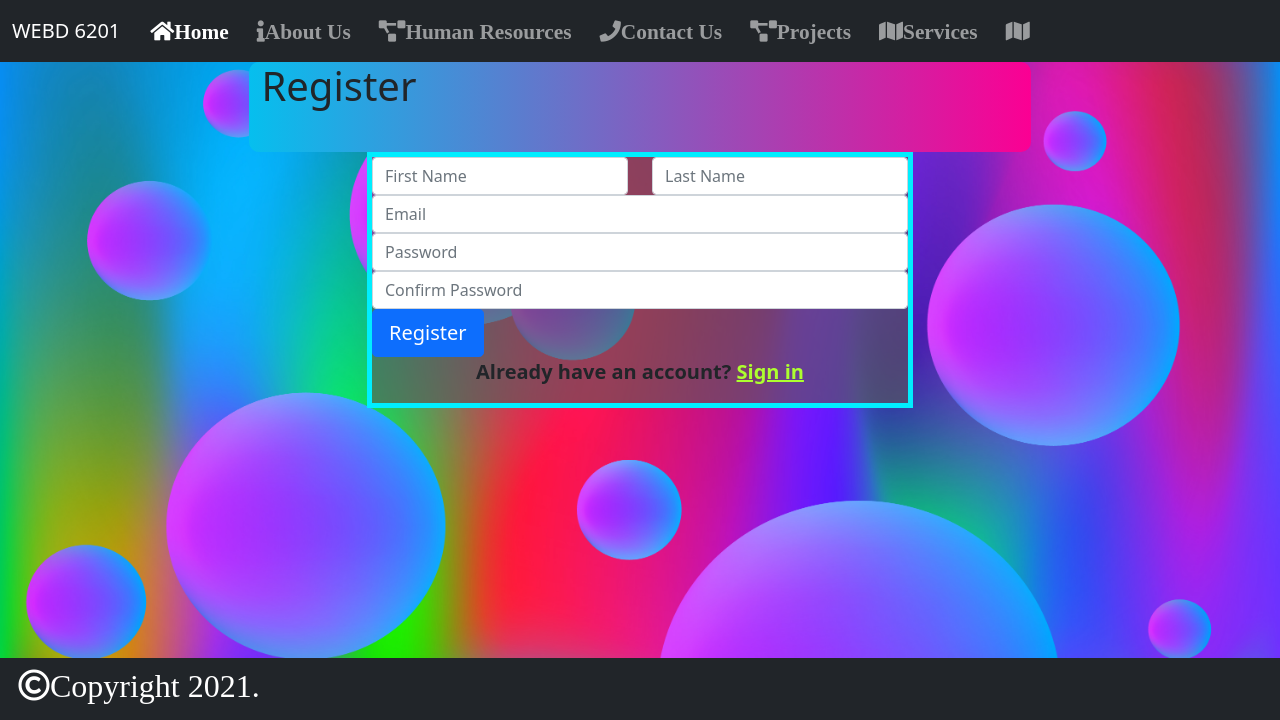
Repository: vans12345678/WEBD6201-W2021-Lab2
Page: register.html
The author's editor kept a copy of each file at every save. The page is drawn from the files as they stood at one save, then again after the next save.
The browser window is 1280 px wide. The pictures show the whole page.

Above is the page before, as saved 2021-02-24 18:43:44.

### register.html
<!DOCTYPE html>
<html lang="en">
<head>
    <meta charset="UTF-8">
    <meta name="viewport" content="width=device-width, initial-scale=1.0">
    <title>Register</title>
    <!-- CSS Section -->
    <link rel="stylesheet" href="./node_modules/bootstrap/dist/css/bootstrap.min.css">
    <link rel="stylesheet" href="./node_modules/@fortawesome/fontawesome-free/css/all.min.css">
    <link rel="stylesheet" href="./Content/app.css">
</head>
<body class ="Vapor">
    <!-- Main Header -->
    <header>
        <!-- Main Navigation -->
        <nav class="navbar navbar-expand-lg navbar-dark bg-dark">
            <div class="container-fluid">
                <a id ="navHome" class="navbar-brand" href="index.html"></a>
                <button class="navbar-toggler" type="button" data-bs-toggle="collapse" data-bs-target="#navbarSupportedContent" aria-controls="navbarSupportedContent" aria-expanded="false" aria-label="Toggle navigation">
                  <span class="navbar-toggler-icon"></span>
                </button>
                <div class="collapse navbar-collapse" id="navbarSupportedContent">
                  <ul id = "ulNav" class="navbar-nav me-auto mb-2 mb-lg-0">
                    <li class="nav-item">
                      <a  class="nav-link active" aria-current="page" href="index.html"><i id ="navIndex"class = "fas fa-home fa-lg"></i></a>
                    </li>
                    <li class="nav-item" id ="navAbout">
                      <a  class="nav-link " aria-current="page" href="about.html"><i id ="navAboutItem"class = "fas fa-info fa-lg"></i></a>
                    </li>
                    <li class="nav-item">
                      <a  class="nav-link " aria-current="page" href="contact.html"><i id ="navContact"class = "fas fa-phone fa-lg"></i></a>
                    </li>
                    <li class="nav-item">
                      <a  class="nav-link" aria-current="page" href="projects.html"><i id ="navProjects" class ="fas fa-project-diagram fa-lg">Products</i></a>
                    </li>
                    <li class="nav-item">
                      <a  class="nav-link " aria-current="page" href="services.html"><i id ="navServices"class = "fas fa-map fa-lg"></i></a>
                    </li>
                    <li class="nav-item">
                      <a  class="nav-link " aria-current="page" href="login.html"><i id ="navLogin"class = "fas fa-map fa-lg"></i></a>
                    </li>
                  </ul>
                </div>
              </div>
          </nav>
    </header>
<!-- Main Content -->
    <!-- Main Content -->
    <main class="container" id="mainContent">
        <h1 class = "container">Register</h1>
        <div class="row">
            <div class="offset-md-3 col-md-6 col-sm-12">
                  <div class="login" id="contentArea"></div>
                      <form class = "fromBackground" id="registerForm" novalidate>
                        <div class="form-group">
                          <div class="row">
                            <div class="col-md-6">
                              <input class="form-control" type="text" name="firstName" id="FirstName" placeholder="First Name" required>
                            </div>
                            <div class="col-md-6">
                              <input class="form-control" type="text" name="lastName" id="lastName" placeholder="Last Name" required>
                            </div>
                          </div>
                        </div>
                        <div class="form-group">
                          <div class="row">
                            <div class="col-md-12">
                              <input type="email" class="form-control" id="emailAddress" name="emailAddress" required
                              value="" placeholder="Email">
                            </div>
                          </div>
                        </div>
                        <div class="form-group">
                          <div class="row">
                            <div class="col-md-12">
                              <input type="password" class="form-control" id="password" name="password"  required
                              value="" placeholder="Password">
                            </div>
                          </div>
                        </div>
                        <div class="form-group">
                          <div class="row">
                            <div class="col-md-12">
                              <input type="password" class="form-control" id="confirmPassword" name="confirmPassword"  required
                              value="" placeholder="Confirm Password">
                            </div>
                          </div>
                        </div>
                        <div class="text-right">
                          <button id="submitButton" type="submit" class="btn btn-primary btn-lg">Register</button>
                        </div>
                        <p class="text-center fs-5 fw-bold">
                        Already have an account?
                        <a href="login.html">Sign in</a>
                        </p>
                      </form>
                  </div>
            </div>
        </div>
    </main>

<!-- Main Footer -->
<footer>
    <nav class="navbar fixed-bottom navbar-dark bg-dark">
        <div class="container-fluid">
            <h4><i id = "footer" class="far fa-copyright fa-lg site-footer"></i></h4>
        </div>
      </nav>
</footer>
<!-- Script Section -->
<script src="./node_modules/jquery/dist/jquery.min.js"></script>
<script src="./node_modules/bootstrap/dist/js/bootstrap.bundle.min.js"></script>
<script src="./Scripts/app.js"></script>
</body>
</html>

### Content/app.css
/* custom css goes here */
.Vapor {
    background-image: url('../images/vapor.jpg');
    background-repeat: no-repeat;
    background-attachment: fixed;
    background-size: 100% 100%;
  }
  a {
    color: greenyellow;
  }
  .textFont
  {
    font-family: Arial, Helvetica, sans-serif;
    line-height: 32px;
  }
  body
  {
    background-color: rgb(90, 90, 90);
  }
  h1.container{
    border-radius: 10px;
    width: 70%;
    height: 90px;
    margin: 0px auto;
    background: linear-gradient(90deg,#06bfee,#fb0093)
  }
  h1.projects{
    background-color: white;
  }
  .contact-table{
    width: 100%;
    margin:  50px auto;
    background-color: white;
  }
  .contact-form
  {
    width: 100%;
    margin:  100px auto;
  }
  .warnMessage
  {
    width: 90%;
    margin:  50px;
  }
  .site-footer {
    color:white;
  }
  .formMargin
  {
    margin: 35px 70px;
  }
  .fromBackground
  {
    background-color: #5a5a5aa1;
    border: 5px solid rgb(0, 238, 255);
  }
  i{
    margin:7px 6px;
  }

### Scripts/app.js
/************************************************************
 * Name: Andre Agrippa, Michai Pryce
 * Date: 01/20/2021
 * Description: This file adds functionality to the Home,
 * About Us, Human Resources, Contact Us, Projects and Services
 * pages.
 * Date Completed:
 */

"use strict";


(function(){

    /**
     * Display Nav bar function to display nav and footer
     */
    function DisplayNav()
    {
        let navTextElement = document.getElementById("navHome").textContent = "WEBD 6201";
        navTextElement = document.getElementById("navIndex").textContent = "Home";
        navTextElement = document.getElementById("navAboutItem").textContent = "About Us";

        let navAboutElement = document.getElementById("navAbout");
        let hrListItem = document.createElement("li");
        hrListItem.setAttribute("id", "liHumanResources");
        hrListItem.setAttribute("class", "nav-item");
        let navbar = document.getElementById("ulNav").appendChild(hrListItem);
        hrListItem.innerHTML = `<a class="nav-link" aria-current="page" href="human-resources.html">
        <i id ="navHumanResources" class ="fas fa-project-diagram fa-lg">Human Resources</i></a>`;
        if(document.title === "Human Resources"){
            hrListItem.innerHTML = `<a class="nav-link active" aria-current="page" href="human-resources.html">
            <i id ="navHumanResources" class ="fas fa-project-diagram fa-lg">Human Resources</i></a>`;
        }

        navAboutElement.after(hrListItem);

        navTextElement = document.getElementById("navContact").textContent = "Contact Us";
        navTextElement = document.getElementById("navProjects").textContent = "Projects";
        navTextElement = document.getElementById("navServices").textContent = "Services";
        navTextElement = document.getElementById("footer").textContent = "Copyright 2021.";
    }

    /**
     * Display home to display index page
     */
    function displayHome()
    {
        DisplayNav();
        let introText = "This is a simple site to demonstrate the about, contact, human resources, projects and services requirements for Lab 1 WEBD 6201 - Client Side Scripting";
        let titleText = "Welcome to WEBD 6201";

        let introTextElement = document.getElementById("indexTitle").textContent = titleText;
        introTextElement = document.getElementById("indexParagraph").textContent = introText;

    }
    /**
     * Display about to display about the creators
     */
    function displayAbout()
    {
        DisplayNav();

        //About Andre
        let aboutElement = document.getElementById("aboutTitle").textContent = "About Us";
        aboutElement = document.getElementById("aboutAText");
        aboutElement.innerHTML = `<h1>Andre Agrippa:</h1>
        <p class = "">I'm a 2nd year student at Durham College in the Computer Programming and Analysis program. I've been
        coding for several years now because I enjoy it and always looking to improve in this aspect.</p>
        <a class = "fa-lg" href="./resumes/andre_resume.pdf" download>Resume Download</a></br></br>
        <img src="./images/aa.jpg" alt="" style="width:500px;height:450px;">`;

        //About Michai
        aboutElement.innerHTML += `<h1>Michai Pryce:</h1>
        <p class = ""> Hello, I am in my final year in the Computer Programming Program at Durham College. I love
        to code and learn about the evergrowing advancements in technology. This is the demonstration for our first lab!
        </p>
        <a class = "fa-lg" href="./resumes/Copy_of_Resume.docx" download>Resume Download</a></br></br>
        <img src="./images/m.jpg" alt="" style="width:500px;height:450px;">`;

    }
    /**
     * Display top 3 projects page
     */
    function displayProjects()
    {
        DisplayNav();

        //Projects 1
        let projectsElement = document.getElementById("projectsTitle").textContent = "Projects";
        projectsElement = document.getElementById("projectsText").innerHTML =
        `<h3>Project One: COBOL Item List</h3>
        <p>This project reads records from a .dat file, performs calculations on the data then outputs it to a .out file neatly formatted.</p>
        <img src="./images/p1.png" alt="" style="width:800px;height:500px;">`;

        //Projects 2
        projectsElement = document.getElementById("projectsText").innerHTML +=
        `<h3>Project Two: C#, XAML, MDF  Preferred Shares and Common Shares</h3>
        <p>This project uses XAML for the windows form and a database to keep track of common and preferred shares.
        The database keeps track of how many shares(common/preferred) are  available and validation is applied.</p>
        <img src="./images/p2.png" alt="" style="width:800px;height:500px;">`;

        //Projects 3
        projectsElement = document.getElementById("projectsText").innerHTML +=
        `<h3>Project Three: ASP.NET and MVC Framework Animal Shelter</h3>
        <p>This project is a web application that keeps track of animals, owners, appointment and login info in a database.
        Relational database concepts are applied.</p>
        <img src="./images/p3.png" alt="" style="width:800px;height:500px;">`;

    }
    /**
     * Display top 3 services page
     */
    function displayServices()
    {
        DisplayNav();

        //Services 1
        let servicesElement = document.getElementById("servicesTitle").textContent = "Services";
        servicesElement = document.getElementById("servicesText").innerHTML =
        `<h3>Web Development:</h3>
        <p>We offer a variety of different web development (Front-end, Back-end, Databases). Languages (PHP, ASP.NET, JavaScript)</p>
        <img src="./images/s1.jpg" alt="" style="width:800px;height:500px;">`;

        //Services 2
        servicesElement = document.getElementById("servicesText").innerHTML +=
        `<h3>OOP Programming</h3>
        <p>We offer a variety of different Object Oriented Programming. We're experienced with C#, C++, Java etc.
        Whether it be windows forms applications, console applications GUI, etc.</p>
        <img src="./images/s2.png" alt="" style="width:800px;height:500px;">`;

        //Services 3
        servicesElement = document.getElementById("servicesText").innerHTML +=
        `<h3>Database Management System</h3>
        <p>It's been almost 3 years since we've had experience in database development. We've used software such as
        Microsoft SQL Server and PgAdmin4. Experienced with relational database concepts.</p>
        <img src="./images/s3.jpg" alt="" style="width:800px;height:500px;">`;


    }
    /**
     * Display contact form page
     */
    function displayContact()
    {
        DisplayNav();

        let messageArea = document.getElementById("messageArea");
        messageArea.hidden = true;

        //form validation
        let fullName = document.getElementById("fullName");
        fullName.addEventListener("blur", function()
        {
            if(fullName.value.length < 2)
            {
                fullName.focus();
                fullName.select();
                messageArea.hidden = false;
                messageArea.className = "alert alert-danger  ";
                messageArea.textContent = "Please enter an appropriate name > 2 characters";
            }
            else
            {
                messageArea.removeAttribute("class");
                messageArea.hidden = true;
            }
        });
            let sendButton = document.getElementById("sendButton");
            sendButton.addEventListener("click", function(event)
            {
                event.preventDefault();
                // //Displays twice?

                let contact = new Contact(fullName.value,contactNumber.value, emailAddress.value, shortMessage.value);

                console.log(contact.serialize());
                if(contact.serialize())
                {
                    localStorage.setItem((localStorage.length + 1).toString(),contact.serialize());

                    window.location.href = "index.html";
                }

            });

    }
    /**
     * Human resources page
     */
    function displayHumanResources()
    {
        DisplayNav();
    }
    function displayLogin()
    {
        DisplayNav();
    }
    function displayRegister()
    {
        DisplayNav();
    }

    /**
     * Start function, depending on document title will load specific page
     */
    function Start()
    {
        console.log("App Started...");

        //Based of title of html
        switch(document.title)
        {
            case "Index":
                displayHome();
                break;
            case "About Us":
                displayAbout();
                break;
            case "Projects":
                displayProjects();
                break;
            case "Services":
                displayServices();
                break;
            case "Contact Us":
                displayContact();
                break;
            case "Contact-List":
                displayContactList();
                break;
            case "Human Resources":
                displayHumanResources();
                break;
            case "Login":
                displayLogin();
                break;
            case "Register":
                displayRegister();
                break;
        }


    }

    window.addEventListener("load", Start);

})();

Loaded but not shown: node_modules/bootstrap/dist/css/bootstrap.min.css (library); node_modules/@fortawesome/fontawesome-free/css/all.min.css (library); node_modules/jquery/dist/jquery.min.js (library); node_modules/bootstrap/dist/js/bootstrap.bundle.min.js (library)

After the next save:
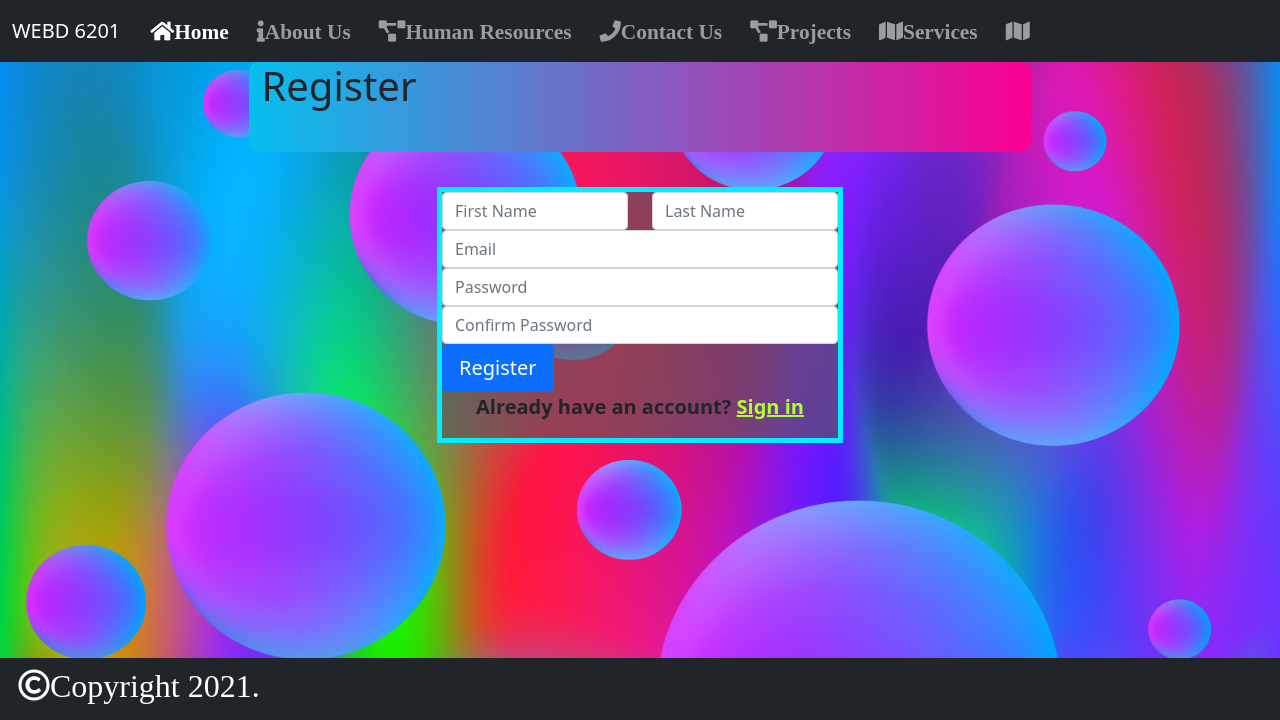
Saved 24 min 37 s later.
--- a/Content/app.css
+++ b/Content/app.css
@@ -53,6 +53,7 @@
   {
     background-color: #5a5a5aa1;
     border: 5px solid rgb(0, 238, 255);
+    margin: 35px 70px;
   }
   i{
     margin:7px 6px;

After the save that followed:
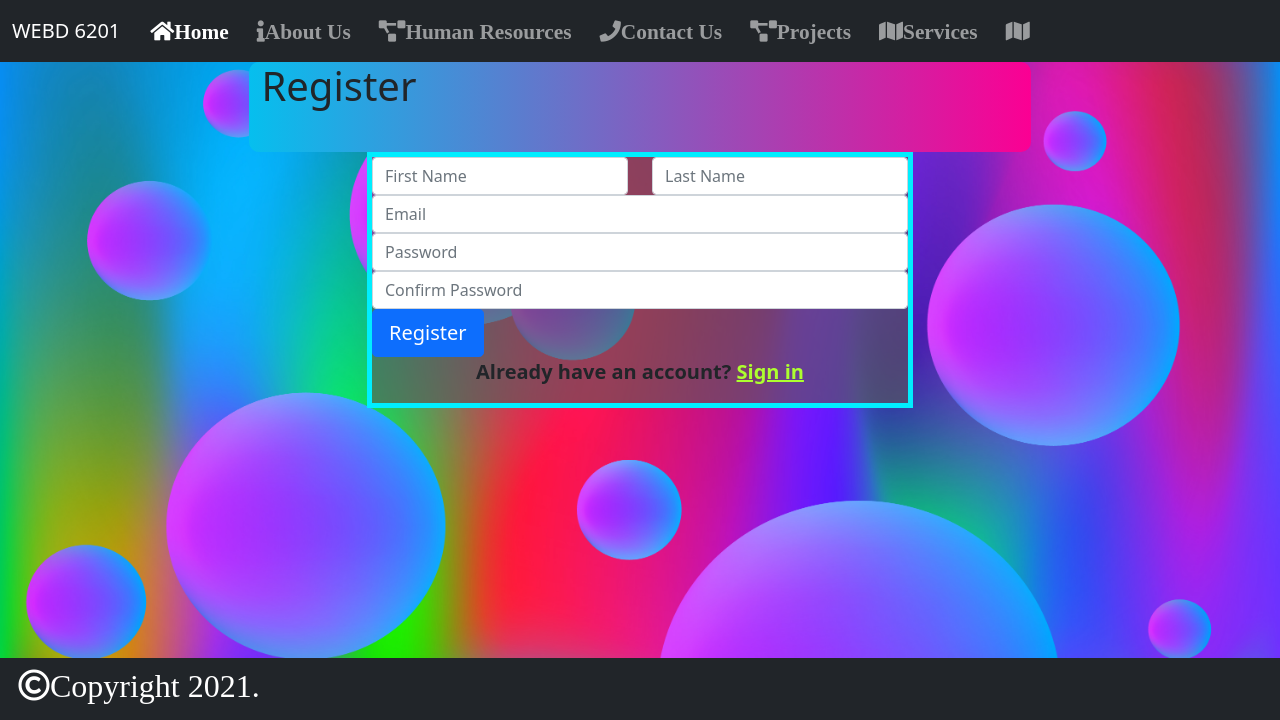
Saved 5 s later.
--- a/Content/app.css
+++ b/Content/app.css
@@ -53,7 +53,7 @@
   {
     background-color: #5a5a5aa1;
     border: 5px solid rgb(0, 238, 255);
-    margin: 35px 70px;
+
   }
   i{
     margin:7px 6px;
